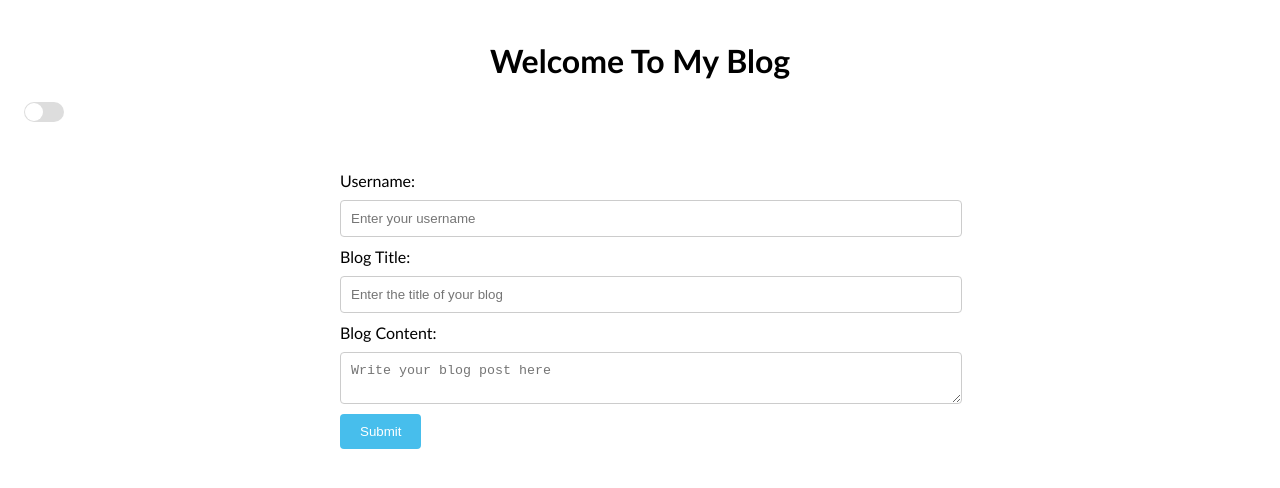
Repository: PaigeC001/WeatherOutlookTracker
Page: Challenge-4/index.html
An editor plug-in stored every save of this project. The page is shown before and after the next save, followed by the edit.
The browser window is 1280 px wide. The pictures show the whole page.

Above is the page before, as saved 2024-06-25 01:10:59.

### Challenge-4/index.html
<!DOCTYPE html>
<html>
<head>
  <title>Blog Form</title>
  <link rel="stylesheet" type="text/css" href="styles.css">
</head>
<body>
  <h1>Welcome To My Blog</h1>
  <div class="toggle-container">
    <input type="checkbox" id="toggle">
    <label for="toggle"></label>
  </div>
  <form>
    <label for="username">Username:</label>
    <input type="text" id="username" placeholder="Enter your username" required>

    <label for="title">Blog Title:</label>
    <input type="text" id="title" placeholder="Enter the title of your blog" required>

    <label for="content">Blog Content:</label>
    <textarea id="content" placeholder="Write your blog post here" required></textarea>

    <button type="submit">Submit</button>
  </form>
  <script src="script.js"></script>
</body>
</html>

### Challenge-4/styles.css
body {
  font-family: 'Trebuchet MS', 'Lucida Sans Unicode', 'Lucida Grande', 'Lucida Sans', Arial, sans-serif;
  margin: 0;
  padding: 20px;
}

h1 {
  text-align: center;
}

form {
  max-width: 600px;
  margin: 0 auto;
}

label,
input,
textarea {
  display: block;
  width: 100%;
  margin-bottom: 10px;
}

input[type="text"],
textarea {
  padding: 10px;
  border: 1px solid #ccc;
  border-radius: 4px;
}

button {
  padding: 10px 20px;
  background-color: #47beec;
  color: #fff;
  border: none;
  border-radius: 4px;
  cursor: pointer;
}

button:hover {
  background-color: #192c46;
}

.toggle-container {
    text-align: center;
    margin-bottom: 20px;
  }

  .toggle-container label {
    display: inline-block;
    margin-right: 5px;
  }

  .toggle-container input[type="checkbox"] {
    position: relative;
    width: 40px;
    height: 20px;
    appearance: none;
    -webkit-appearance: none;
    background-color: #ddd;
    outline: none;
    border-radius: 10px;
    cursor: pointer;
  }

  .toggle-container input[type="checkbox"]:before {
    content: '';
    position: absolute;
    top: 1px;
    left: 1px;
    width: 18px;
    height: 18px;
    border-radius: 50%;
    background-color: #fff;
    transition: transform 0.3s ease;
  }

  .toggle-container input[type="checkbox"]:checked:before {
    transform: translateX(20px);
  }

  .dark-mode {
    background-color: #333;
    color: #fff;
  }

  .dark-mode input[type="text"],
  .dark-mode textarea {
    background-color: #555
    color #fff;
  }

### Challenge-4/script.js
const form = document.querySelector('form');

form.addEventListener('submit', function(event) {
  event.preventDefault();

  const username = document.getElementById('username').value;
  const title = document.getElementById('title').value;
  const content = document.getElementById('content').value;

  console.log('Username:', username);
  console.log('Title:', title);
  console.log('Content:', content);

const toggle = document.getElementById('toggle');
const body = document.body;

toggle.addEventListener('change', function() {
  body.classList.toggle('dark-mode');
});
});

const toggle = document.getElementById('toggle');
const body = document.body;

toggle.addEventListener('change', function() {
    body.classList.toggle('dark-mode');
});

After the next save:
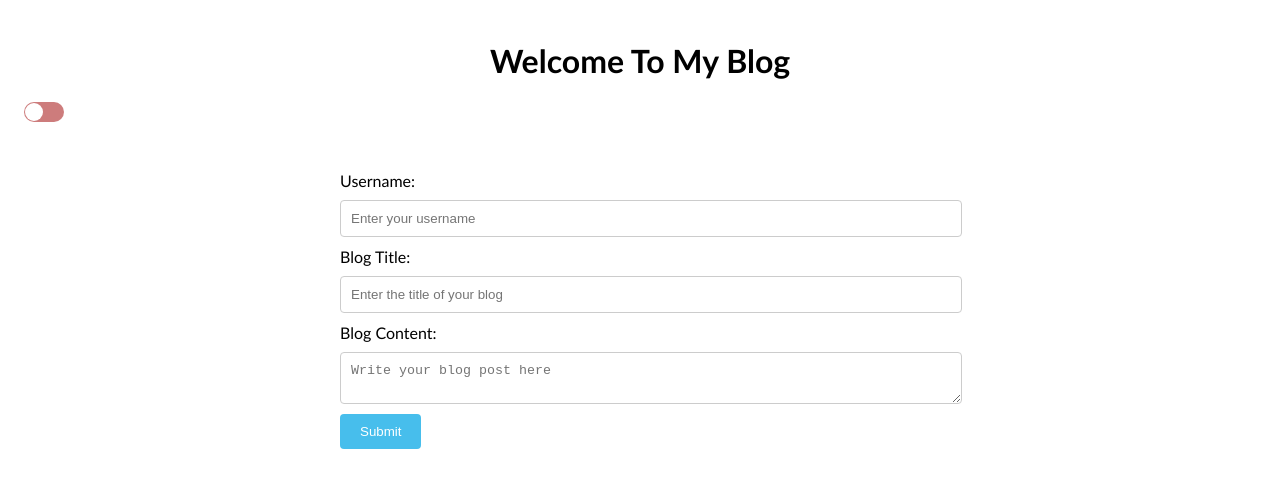
Saved 39 s later.
--- a/Challenge-4/styles.css
+++ b/Challenge-4/styles.css
@@ -57,7 +57,7 @@ button:hover {
     height: 20px;
     appearance: none;
     -webkit-appearance: none;
-    background-color: #ddd;
+    background-color: #cd7c7c;
     outline: none;
     border-radius: 10px;
     cursor: pointer;
